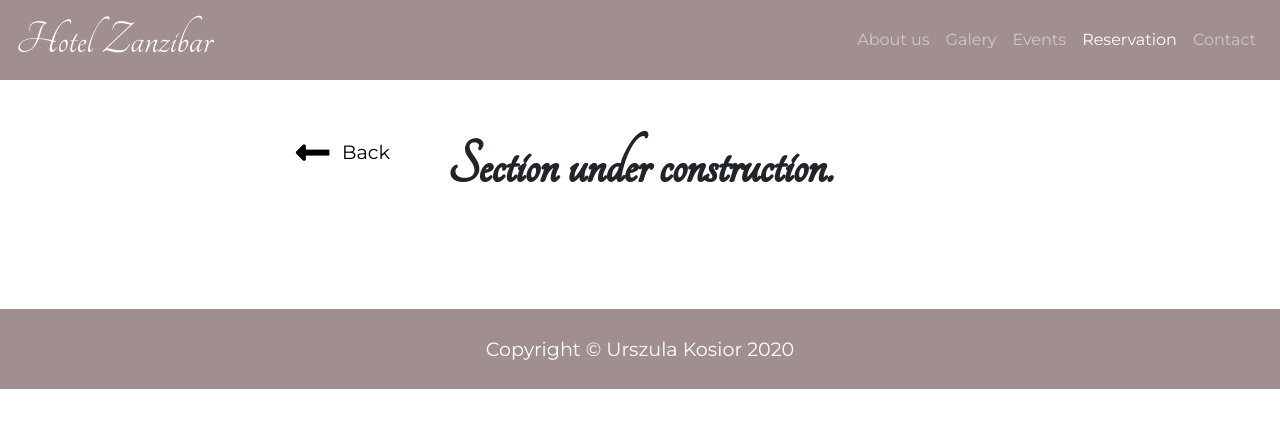
Repository: Ulaa93/Hotel-Zanzibar
Page: reservation.html
These files come from the project's save history. The page is drawn as it stood at one moment and after a run of saves; the edit follows.
The browser window is 1280 px wide. The pictures show the whole page.

Above is the page before, as saved 2020-01-28 15:52:59.

After the next 2 saves:
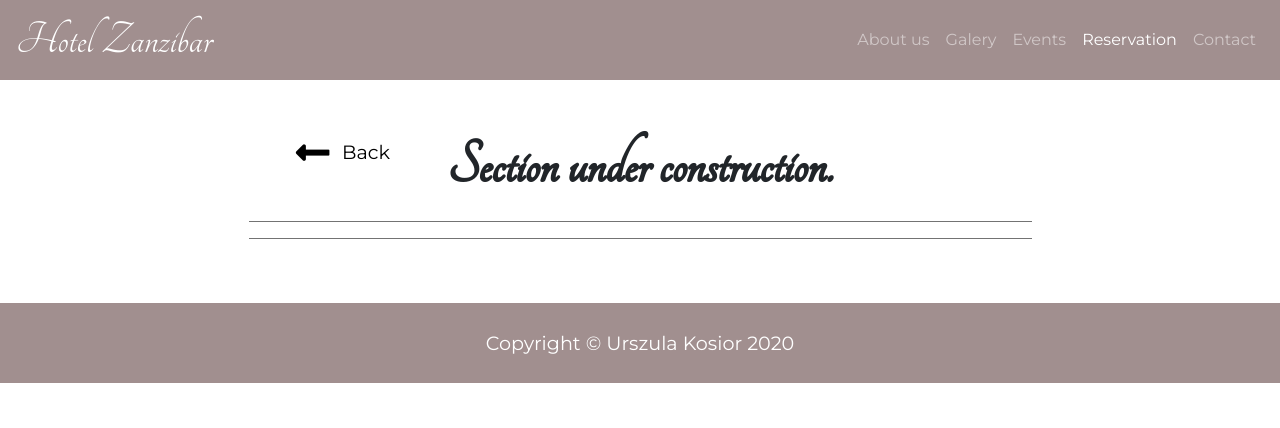
The 2 saves are shown as one change because they came seconds apart.
The last was saved 10 s later.
--- a/reservation.html
+++ b/reservation.html
@@ -67,8 +67,8 @@
  </div>
     <section class="reservation container p-5">
       <h2>Section under construction.</h2>
-      <br>
-      <br>
+      <hr>
+      <hr>
     </section>
 
     <footer>
